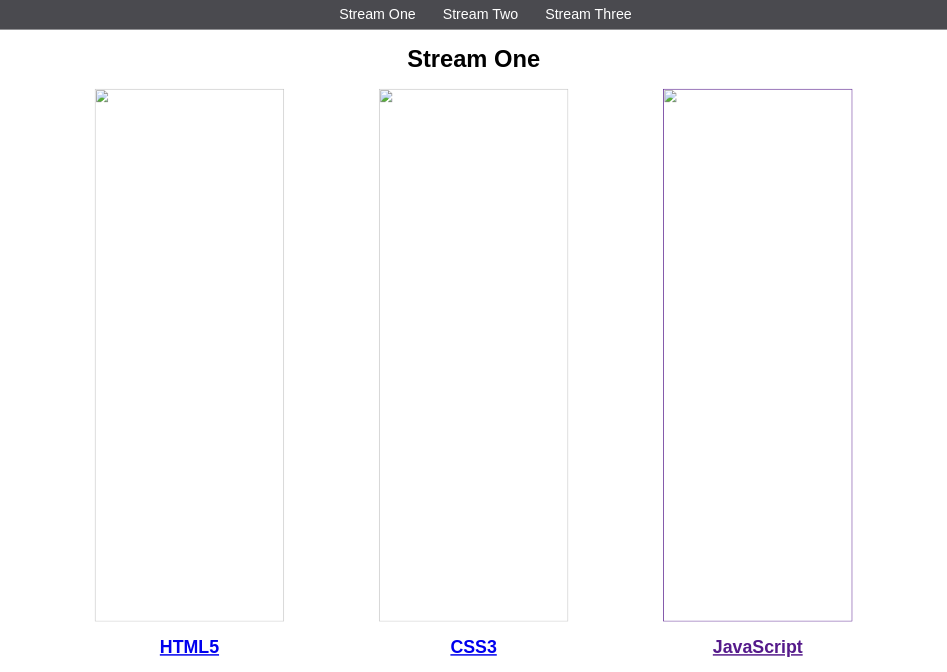
Repository: SheenaKennedy/my-first-website
Page: stream-one.html
The author's editor kept a record of every edit. The page is drawn from the files as they stood at one moment, then again after the next edit.
The browser window is 1280 px wide. The pictures show the whole page, at 74% of full size.

Above is the page before.

### stream-one.html
<html>
    <head>
        <title>
            Hello World!</title>
        <link rel="stylesheet" href="css/style.css" type="text/css" />
    </head>
    <body>
        <nav>
            <ul>
                <li><a href="stream-one.html">Stream One</a></li>
                <li><a href="stream-two.html">Stream Two</a></li>
                <li><a href="stream-three.html">Stream Three</a></li>
            </ul>
        </nav>
        <h1>Stream One</h1>

        <div class="card">
            <a href="https://en.wikipedia.org/wiki/HTML5">
                <img src=""/>
                <h2>HTML5</h2>
            </a>
        </div>

        <div class="card">
            <a href="https://en.wikipedia.org/wiki/Cascading_Style_Sheets">
                <img src="" />
                <h2>CSS3</h2>
            </a>
        </div>

        <div class="card">
            <a href="">
                <img src="">
                <h2>JavaScript</h2>
            </a>
        </div>
    </body>
</html>

### css/style.css
body {
    margin:0;
    padding:0;
    font-family:"Oswald", sans-serif;
}

nav ul {
    list-style: none;
    background-color: #4a4a4f;
    text-align: center;
    margin: 0;
    padding: 0;
}

nav li {
    font-size: 1.2em;
    line-height: 40px;
    height: 40px;
    display: inline-block;
    margin-left: 2.5%;
}

nav a {
    text-decoration: none;
    color: #ffffff;
    display: block;
}

nav a:hover {
    background-color: #ffffff;
    color: #4a4a4f;
}

.card {
    float: left;
    width: 20%;
    margin-left: 10%;
}

.card a {
    text-align: center;
}

img {
    width: 100%;
}

h1 {
    text-align: center;
}

After the next edit:
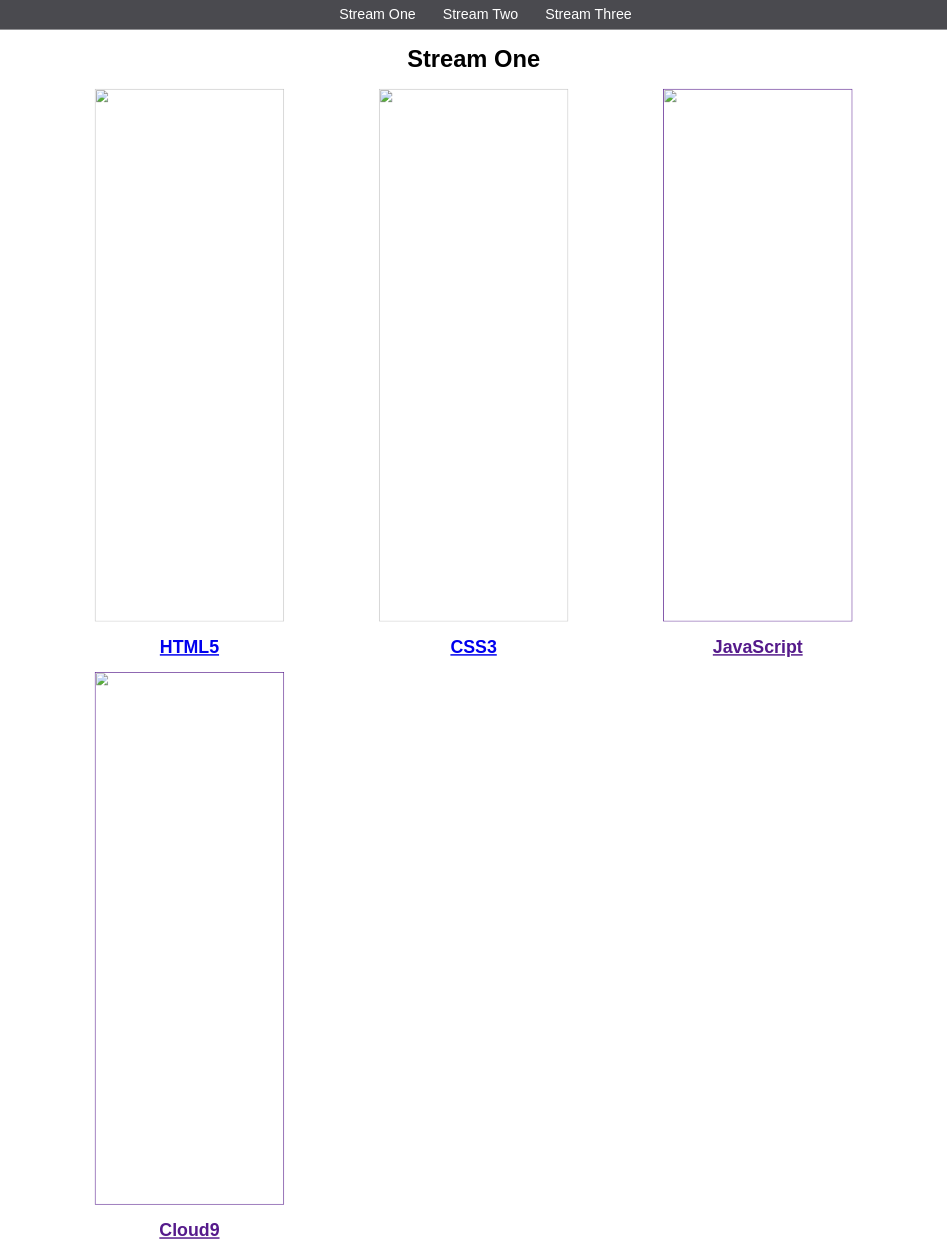
The edit:
--- a/stream-one.html
+++ b/stream-one.html
@@ -34,5 +34,12 @@
                 <h2>JavaScript</h2>
             </a>
         </div>
+
+        <div class="card">
+            <a href="">
+                <img src="">
+                <h2>Cloud9</h2>
+            </a>
+        </div>
     </body>
 </html>
